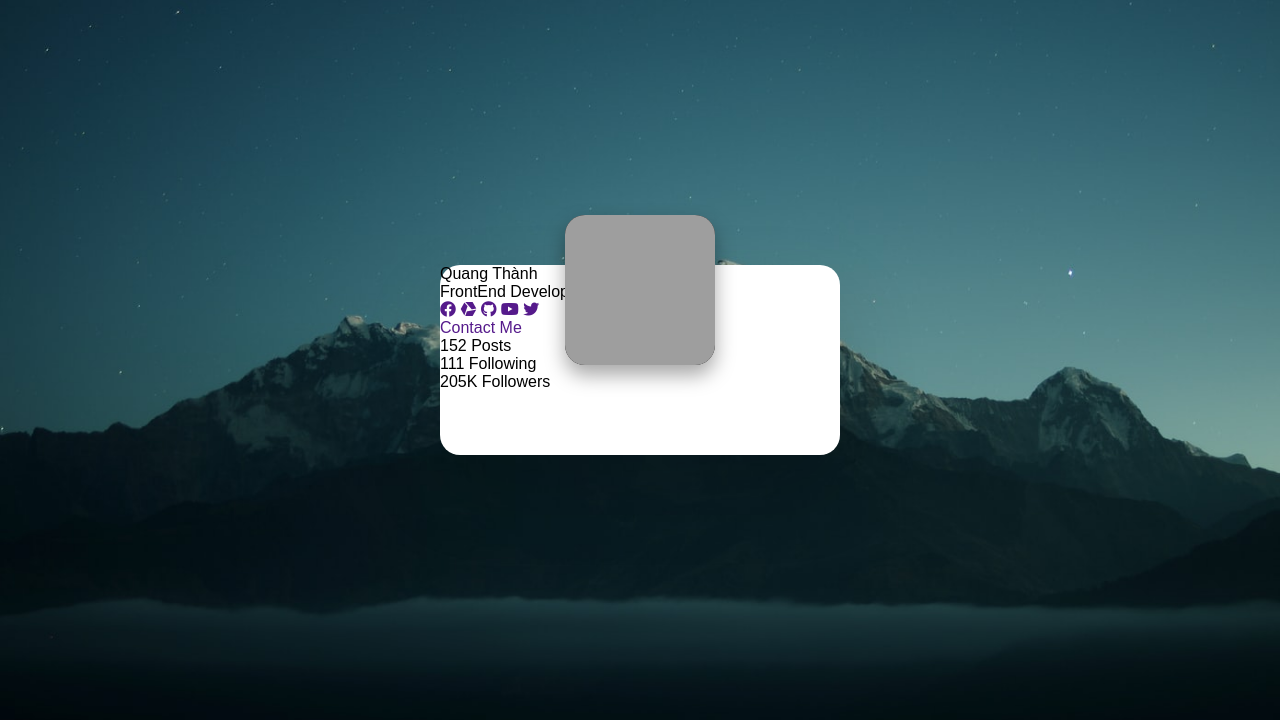
Repository: QuangThanh152/Profile-me
Page: index.html
An editor plug-in stored every save of this project. The page is shown before and after the next save, followed by the edit.
The browser window is 1280 px wide. The pictures show the whole page.
Pictures or frames that could not be fetched are drawn as grey boxes.

Above is the page before, as saved 2022-10-07 15:04:21.

### index.html
<!DOCTYPE html>
<html lang="en">
<head>
    <meta charset="UTF-8">
    <meta http-equiv="X-UA-Compatible" content="IE=edge">
    <meta name="viewport" content="width=device-width, initial-scale=1.0">
    <link rel="stylesheet" href="./accets/font/fontawesome-free-6.1.2-web/css/all.min.css">
    <link rel="stylesheet" href="./accets/main.css">
    <title>Profile-QT</title>
</head>
<body>
    <div class="card">
        <div class="card-header">
            <img src="./accets/img/IMG_20220202_135645.jpg" alt="" class="img-me">
        </div>
        <div class="name">Quang Thành</div>
        <div class="desc">FrontEnd Developer</div>
        <div class="SocialNetwork">
            <a href="" class="icon"><i class="fa-brands fa-facebook"></i></a>
            <a href="" class="icon"><i class="fa-brands fa-instalod"></i></i></a>
            <a href="" class="icon"><i class="fa-brands fa-github"></i></i></a>
            <a href="" class="icon"><i class="fa-brands fa-youtube"></i></i></a>
            <a href="" class="icon"><i class="fa-brands fa-twitter"></i></i></a>
        </div>
        <a href="" class="btn-contact">Contact Me</a>
        <div class="card-footer">
            <div class="number">
                <div class="item">
                    <span>152</span>
                    Posts
                </div>
            </div>
            <div class="number">
                <div class="item">
                    <span>111</span>
                    Following
                </div>
            </div>
            <div class="number">
                <div class="item">
                    <span>205K</span>
                    Followers
                </div>
            </div>
        </div>
    </div>
</body>
</html>

### accets/main.css
* {
    padding: 0;
    margin: 0;
    box-sizing: border-box;
    font-family: 'Poppins', sans-serif;
    text-decoration: none;
}

body {
    min-height: 100vh;
    background: url(/accets/img/img-big.jpg) no-repeat center;
    background-size: cover;
    display: flex;
    justify-content: center;
    align-items: center;
}

.card {
    position: relative;
    width: 400px;
    height: 190px;
    /* height: 500px; */
    border-radius: 20px;
    background: #fff;
    transition: 0.2s linear;
    box-shadow: 0 35px 80px rgba(0,0,0,0.15);
}
.card:hover {
    height: 500px;
}
.card-header {
    position: absolute;
    background: rgb(21, 19, 19);
    left: 50%;
    top: -50px;
    transform: translateX(-50%);
    width: 150px;
    height: 150px;
    border-radius: 20px;
    box-shadow: 0 10px 20px rgba(0,0,0,0.35);
    overflow: hidden;
}
.card:hover .card-header {
    width: 250px;
    height: 250px;
}
.img-me {
    position: absolute;
    top: 0;
    left: 0;
    width: 100%;
    height: 100%;
    object-fit: cover;
}

Loaded but not shown: accets/font/fontawesome-free-6.1.2-web/css/all.min.css (library)

After the next save:
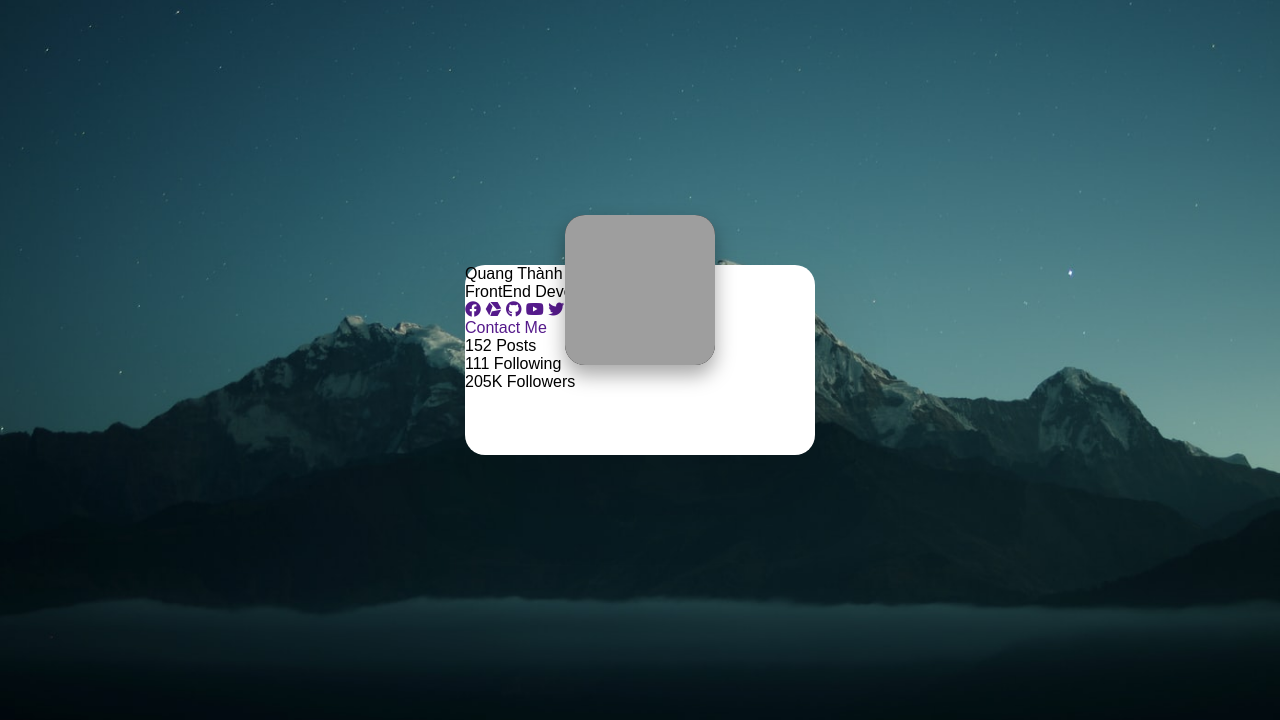
Saved 19 s later.
--- a/accets/main.css
+++ b/accets/main.css
@@ -17,7 +17,7 @@ body {
 
 .card {
     position: relative;
-    width: 400px;
+    width: 350px;
     height: 190px;
     /* height: 500px; */
     border-radius: 20px;
